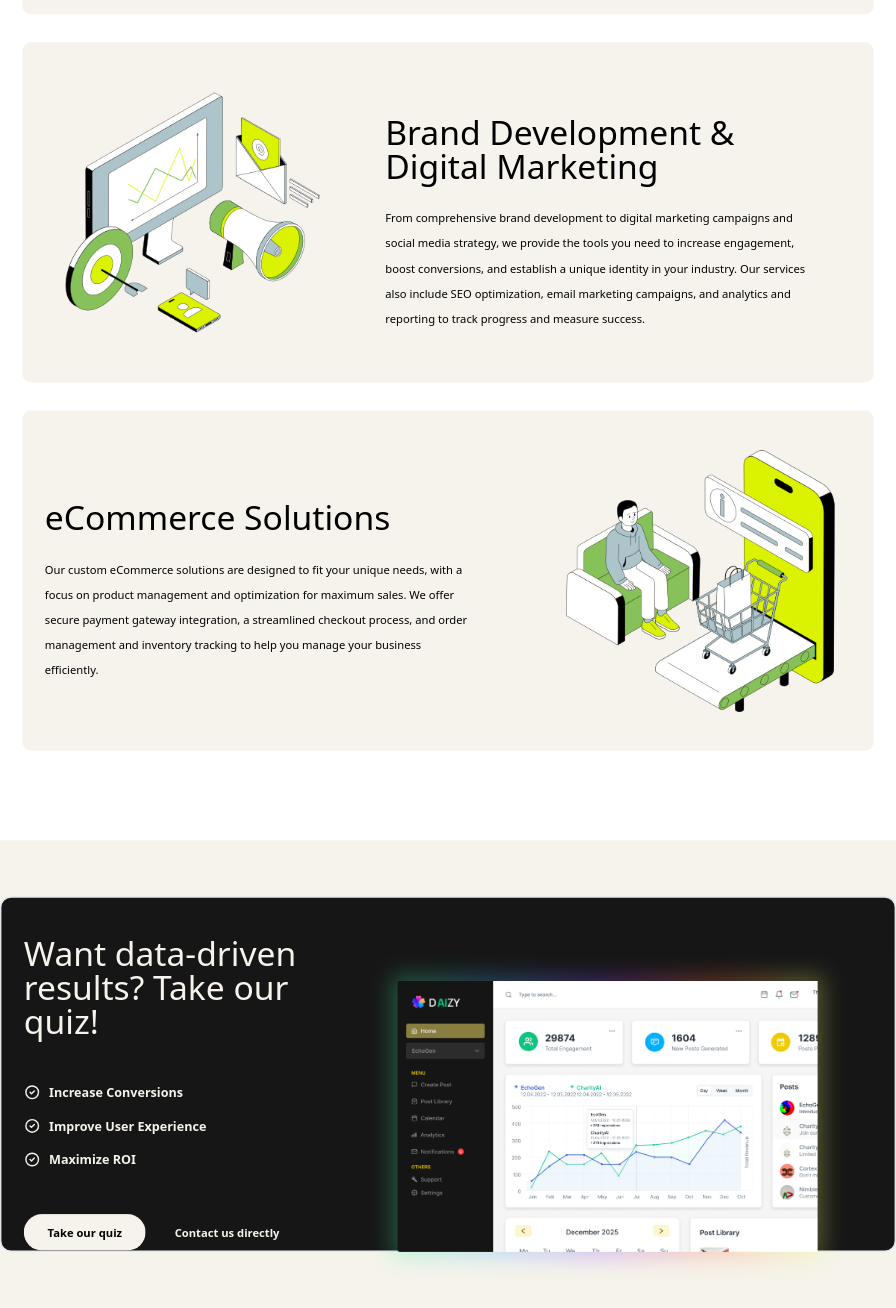
Repository: ornelasedward/mired_website
Page: /
These files come from the project's save history. The page is drawn as it stood at one moment and after the next save; the edit follows.
The browser window is 1280 px wide. The pictures show the part of the page from y = 2629 to 4549 px (the page is 4497 px tall before and 4549 px after), at 70% of full size.
The project was rebuilt for these pictures with package versions that can differ from the ones it lists, and the page was loaded fresh each time. The framework's server and built-in components were replaced by stand-ins that run in the browser. Also part of the build but not shown: next.config.js.

Above is the page before, as saved 2023-03-30 19:26:24.

### app/layout.tsx
import "./globals.css";

export const metadata = {
  title: "Mired",
  description: "Web design and development services",
};

export default function RootLayout({
  children,
}: {
  children: React.ReactNode;
}) {
  return (
    <html lang="en" className="bg-gradient-to-r from-[#F6F3EC] to-[#F5F3EB]">
      <body>{children}</body>
    </html>
  );
}

### app/page.tsx
import Header from "@/components/Header";
import Hero from "@/components/Hero";
import Services from "@/components/Services";
import CTA from "@/components/CTA";
import { Inter } from "next/font/google";
import Testimonial from "@/components/Testimonials";
import FAQ from "@/components/FAQ";
import Contact from "@/components/Contact";
import Footer from "@/components/Footer";

const inter = Inter({ subsets: ["latin"] });

export default function Home() {
  return (
    <main>
      <Hero />
      <Header />
      <Services />
      <CTA />
      {/* <Testimonial />
      <FAQ />
      <Contact />
      <Footer /> */}
    </main>
  );
}

### components/Header.tsx
export default function Header() {
  return (
    <section className="py-12 overflow-hidden sm:py-16 lg:py-20 xl:py-24">
      <div className="px-4 mx-auto max-w-7xl sm:px-6 lg:px-8">
        <div className="grid max-w-6xl grid-cols-1 mx-auto gap-y-12 lg:grid-cols-2 lg:gap-x-16 xl:gap-x-24">
          <div className="relative flex flex-col justify-between max-w-lg lg:py-12 lg:max-w-none">
            <div className="flex-1">
              <p className="text-sm font-normal tracking-widest uppercase">
                <span className="text-transparent bg-clip-text bg-gradient-to-r from-cyan-500 to-purple-500">
                  {" "}
                  Have a project in mind?{" "}
                </span>
              </p>
            </div>

            <div className="mt-6 lg:mt-auto">
              <h2 className="text-3xl font-normal text-black sm:text-4xl lg:text-5xl xl:text-6xl">
                We are dedicated to crafting websites that convert visitors into
                customers.
              </h2>
              <p className="mt-4 text-base font-normal text-black lg:max-w-xs sm:text-lg sm:mt-6">
                Sign up for a free consultation today and let our experts help
                you create a modern web design that focuses on increasing
                conversions and enhancing user experiences.
              </p>
            </div>
          </div>

          <div className="relative flex items-center justify-center">
            <div className="absolute right-1/4 transform translate-x-4 -translate-y-1/2 top-1/2 bg-gradient-to-br from-[#F7BE08] to-[#55F5A3] w-full h-full blur-2xl opacity-40" />

            <div className="relative overflow-hidden bg-white rounded-xl">
              <div className="p-6 sm:py-8 sm:px-9">
                <p className="text-xl font-normal text-black">
                  Let us know about your business & we will be in contact to
                  help you grow your business.
                </p>

                <form action="#" method="POST" className="mt-8 space-y-4">
                  <div>
                    <label for="" className="sr-only">
                      {" "}
                      Full name{" "}
                    </label>
                    <div>
                      <input
                        type="text"
                        name=""
                        id=""
                        placeholder="First & Last name"
                        className="block w-full px-5 py-4 text-base text-black placeholder-gray-500 bg-gray-200 rounded-md focus:border-black focus:ring-1 focus:ring-black"
                      />
                    </div>
                  </div>

                  <div>
                    <label for="" className="sr-only">
                      {" "}
                      Email address{" "}
                    </label>
                    <div>
                      <input
                        type="email"
                        name=""
                        id=""
                        placeholder="Email address"
                        className="block w-full px-5 py-4 text-base text-black placeholder-gray-500 bg-gray-200 rounded-md focus:border-black focus:ring-1 focus:ring-black"
                      />
                    </div>
                  </div>

                  <div>
                    <label for="" className="sr-only">
                      {" "}
                      Phone number{" "}
                    </label>
                    <div>
                      <input
                        type="tel"
                        name=""
                        id=""
                        placeholder="Phone number"
                        className="block w-full px-5 py-4 text-base text-black placeholder-gray-500 bg-gray-200 rounded-md focus:border-black focus:ring-1 focus:ring-black"
                      />
                    </div>
                  </div>

                  <div>
                    <label for="" className="sr-only">
                      {" "}
                      Message{" "}
                    </label>
                    <div>
                      <textarea
                        name=""
                        id=""
                        placeholder="Write your message"
                        rows="4"
                        className="block w-full px-5 py-4 text-base text-black placeholder-gray-500 bg-gray-200 rounded-md focus:border-black focus:ring-1 focus:ring-black"
                      ></textarea>
                    </div>
                  </div>

                  <div>
                    <div className="relative inline-flex mt-2 group">
                      <div className="absolute transition-all duration-200 rounded-[2rem] -inset-px bg-gradient-to-r from-cyan-500 to-purple-500 group-hover:shadow-lg group-hover:shadow-cyan-500/50"></div>
                      <button
                        type="button"
                        className="relative inline-flex items-center justify-center px-8 py-3 text-base font-normal text-white bg-black border border-transparent rounded-[2rem]"
                        role="button"
                      >
                        Send Message
                      </button>
                    </div>
                  </div>
                </form>
              </div>
            </div>
          </div>
        </div>
      </div>
    </section>
  );
}

### components/Services.tsx
import Image from "next/image";
import Laptop from "../images/Laptop.png";
import Ecom from "../images/Ecom.png";
import Marketing from "../images/Marketing.png";

export default function Services() {
  return (
    <div className="bg-white">
      <div className="relative px-4 mx-auto sm:px-6 lg:px-8 max-w-7xl">
        <div className="grid grid-cols-1 gap-10 lg:py-32 py-20">
          <div className="bg-gradient-to-r from-[#F6F3EC] to-[#F5F3EB] rounded-xl">
            <div className="grid md:grid-cols-5 grid-cols-1">
              <div className="col-span-3 flex items-center max-w-2xl">
                <div className="px-8 pt-8 flex flex-col lg:gap-8 gap-6 lg:max-w-2xl">
                  <h1 className="xl:text-5xl lg:text-4xl sm:text-2xl text-3xl font-normal text-black">
                    Web Design & Development
                  </h1>
                  <p className="text-md font-light lg:leading-9 md:leading-6 leading-9">
                    Our agency specializes in creating high-converting modern
                    website designs that are optimized for user experience. We
                    offer a range of services including UX research, UI
                    designing, web development, and API integrations, as well as
                    ongoing maintenance and support to ensure optimal website
                    performance on all devices.
                  </p>
                </div>
              </div>
              <div className="col-span-2">
                <Image
                  className="m-auto"
                  src={Laptop}
                  alt=""
                  width={500}
                  height={500}
                />
              </div>
            </div>
          </div>

          <div className="bg-gradient-to-r from-[#F6F3EC] to-[#F5F3EB] rounded-xl">
            <div className="grid md:grid-cols-5 grid-cols-1">
              <div className="col-span-2 md:block hidden">
                <Image
                  className="m-auto"
                  src={Marketing}
                  alt=""
                  width={500}
                  height={500}
                />
              </div>
              <div className="col-span-3 flex items-center max-w-2xl">
                <div className="px-8 pt-8 flex flex-col lg:gap-8 gap-6 lg:max-w-2xl">
                  <h1 className="xl:text-5xl lg:text-4xl sm:text-2xl text-3xl font-normal text-black">
                    Brand Development & Digital Marketing
                  </h1>
                  <p className="text-md font-light lg:leading-9 md:leading-6 leading-9">
                    From comprehensive brand development to digital marketing
                    campaigns and social media strategy, we provide the tools
                    you need to increase engagement, boost conversions, and
                    establish a unique identity in your industry. Our services
                    also include SEO optimization, email marketing campaigns,
                    and analytics and reporting to track progress and measure
                    success.
                  </p>
                </div>
              </div>
              <div className="col-span-2 md:hidden block">
                <Image
                  className="m-auto"
                  src={Marketing}
                  alt=""
                  width={500}
                  height={500}
                />
              </div>
            </div>
          </div>

          <div className="bg-gradient-to-r from-[#F6F3EC] to-[#F5F3EB] rounded-xl">
            <div className="grid md:grid-cols-5 grid-cols-1">
              <div className="col-span-3 flex items-center max-w-2xl">
                <div className="px-8 pt-8 flex flex-col lg:gap-8 gap-6 lg:max-w-2xl">
                  <h1 className="xl:text-5xl lg:text-4xl sm:text-2xl text-3xl font-normal text-black">
                    eCommerce Solutions
                  </h1>
                  <p className="text-md font-light lg:leading-9 md:leading-6 leading-9">
                    Our custom eCommerce solutions are designed to fit your
                    unique needs, with a focus on product management and
                    optimization for maximum sales. We offer secure payment
                    gateway integration, a streamlined checkout process, and
                    order management and inventory tracking to help you manage
                    your business efficiently.
                  </p>
                </div>
              </div>
              <div className="col-span-2">
                <Image
                  className="m-auto"
                  src={Ecom}
                  alt=""
                  width={500}
                  height={500}
                />
              </div>
            </div>
          </div>
        </div>
      </div>
    </div>
  );
}

### components/CTA.tsx
import Image from "next/image";
import Dashboard from "../images/dashboard.png";

export default function Component() {
  return (
    <div>
      <section className="relative py-12 overflow-hidden sm:py-16 lg:py-20">
        <div className="px-4 mx-auto max-w-7xl sm:px-6 lg:px-8 border-2 rounded-2xl bg-[#161616]">
          <div className="mt-16 absolute bottom-0 right-0 md:translate-x-28 translate-x-72 -translate-y-12 lg:hidden">
            <div className="relative">
              <div className="absolute -inset-2">
                <div
                  className="w-full h-full mx-auto opacity-30 blur-lg filter"
                  style={{
                    background:
                      "linear-gradient(90deg, #44ff9a -0.55%, #44b0ff 22.86%, #8b44ff 48.36%, #ff6644 73.33%, #ebff70 99.34%)",
                  }}
                ></div>
              </div>

              <div className="relative">
                <div className="aspect-w-16 aspect-h-12 lg:aspect-none">
                  <Image
                    className="object-cover object-left-top w-[600px] h-full lg:max-w-4xl 2xl:max-w-5xl"
                    src={Dashboard}
                    alt=""
                  />
                </div>
              </div>
            </div>
          </div>
          <div className="text-center lg:w-1/2 xl:w-2/5 lg:text-left lg:pr-8 lg:py-8 pb-32 lg:pb-0">
            <h2 className="mt-6 lg:mb-0 mb-24 font-regular text-[#F6F3EC] text-5xl font-pj">
              Want data-driven results? Take our quiz!
            </h2>

            <ul className="space-y-5 lg:mt-16">
              <li className="flex items-center text-[#F6F3EC] justify-start">
                <svg
                  className="w-6 h-6"
                  xmlns="http://www.w3.org/2000/svg"
                  fill="none"
                  viewBox="0 0 24 24"
                  stroke="currentColor"
                >
                  <path
                    stroke-linecap="round"
                    stroke-linejoin="round"
                    stroke-width="2"
                    d="M9 12l2 2 4-4m6 2a9 9 0 11-18 0 9 9 0 0118 0z"
                  />
                </svg>
                <span className="ml-3 text-lg font-bold font-pj">
                  {" "}
                  Increase Conversions
                </span>
              </li>

              <li className="flex items-center text-[#F6F3EC] justify-start">
                <svg
                  className="w-6 h-6"
                  xmlns="http://www.w3.org/2000/svg"
                  fill="none"
                  viewBox="0 0 24 24"
                  stroke="currentColor"
                >
                  <path
                    stroke-linecap="round"
                    stroke-linejoin="round"
                    stroke-width="2"
                    d="M9 12l2 2 4-4m6 2a9 9 0 11-18 0 9 9 0 0118 0z"
                  />
                </svg>
                <span className="ml-3 text-lg font-bold font-pj">
                  {" "}
                  Improve User Experience
                </span>
              </li>

              <li className="flex items-center text-[#F6F3EC] justify-start">
                <svg
                  className="w-6 h-6"
                  xmlns="http://www.w3.org/2000/svg"
                  fill="none"
                  viewBox="0 0 24 24"
                  stroke="currentColor"
                >
                  <path
                    stroke-linecap="round"
                    stroke-linejoin="round"
                    stroke-width="2"
                    d="M9 12l2 2 4-4m6 2a9 9 0 11-18 0 9 9 0 0118 0z"
                  />
                </svg>
                <span className="ml-3 text-lg font-bold font-pj">
                  {" "}
                  Maximize ROI
                </span>
              </li>
            </ul>

            <div className="flex flex-col items-center justify-start sm:flex-row mt-16 sm:space-x-5">
              <a
                href="#"
                title=""
                className="
                        relative
                        inline-flex
                        items-center
                        justify-center
                        w-48
                        px-8
                        py-3
                        text-base
                        font-bold
                        text-black
                        transition-all
                        duration-200
                        bg-[#F6F3EC]
                        border-2 border-transparent
                        sm:w-auto
                        focus:outline-none focus:ring-2 focus:ring-offset-2 focus:ring-gray-900
                        font-pj
                        hover:bg-opacity-90
                        rounded-[2rem]
                    "
                role="button"
              >
                Take our quiz
              </a>

              <a
                href="#"
                title=""
                className="
                        lg:inline-flex
                        items-center
                        justify-center
                        w-48
                        px-2
                        py-3
                        mt-5
                        text-base
                        font-bold
                        text-[#F6F3EC]
                        transition-all
                        duration-200
                        border-2 border-transparent
                        sm:w-autojustify-center sm:mt-0
                        rounded-[2rem]
                        font-pj
                        focus:outline-none focus:ring-2 focus:ring-offset-2 focus:ring-gray-900
                        focus:bg-transparent
                        hover:text-white
                        focus:text-white
                        hover:border-white
                        focus:border-gray-900
                        hidden
                    "
                role="button"
              >
                Contact us directly
              </a>
            </div>
          </div>
        </div>

        <div className="mt-16 translate-x-12 lg:absolute lg:bottom-0 lg:right-0 lg:-translate-y-20 lg:-translate-x-38 xl:-translate-x-28 hidden lg:block">
          <div className="relative">
            <div className="absolute -inset-2">
              <div
                className="w-full h-full mx-auto opacity-30 blur-lg filter"
                style={{
                  background:
                    "linear-gradient(90deg, #44ff9a -0.55%, #44b0ff 22.86%, #8b44ff 48.36%, #ff6644 73.33%, #ebff70 99.34%)",
                }}
              ></div>
            </div>

            <div className="relative">
              <div className="aspect-w-16 aspect-h-12 lg:aspect-none">
                <Image
                  className="object-cover object-left-top w-[600px] h-full lg:max-w-4xl 2xl:max-w-5xl"
                  src={Dashboard}
                  alt=""
                />
              </div>
            </div>
          </div>
        </div>
      </section>
    </div>
  );
}

Loaded but not shown: app/globals.css (common file); tailwind.config.js (common file); components/Hero.tsx (254 lines, source omitted)

After the next save:
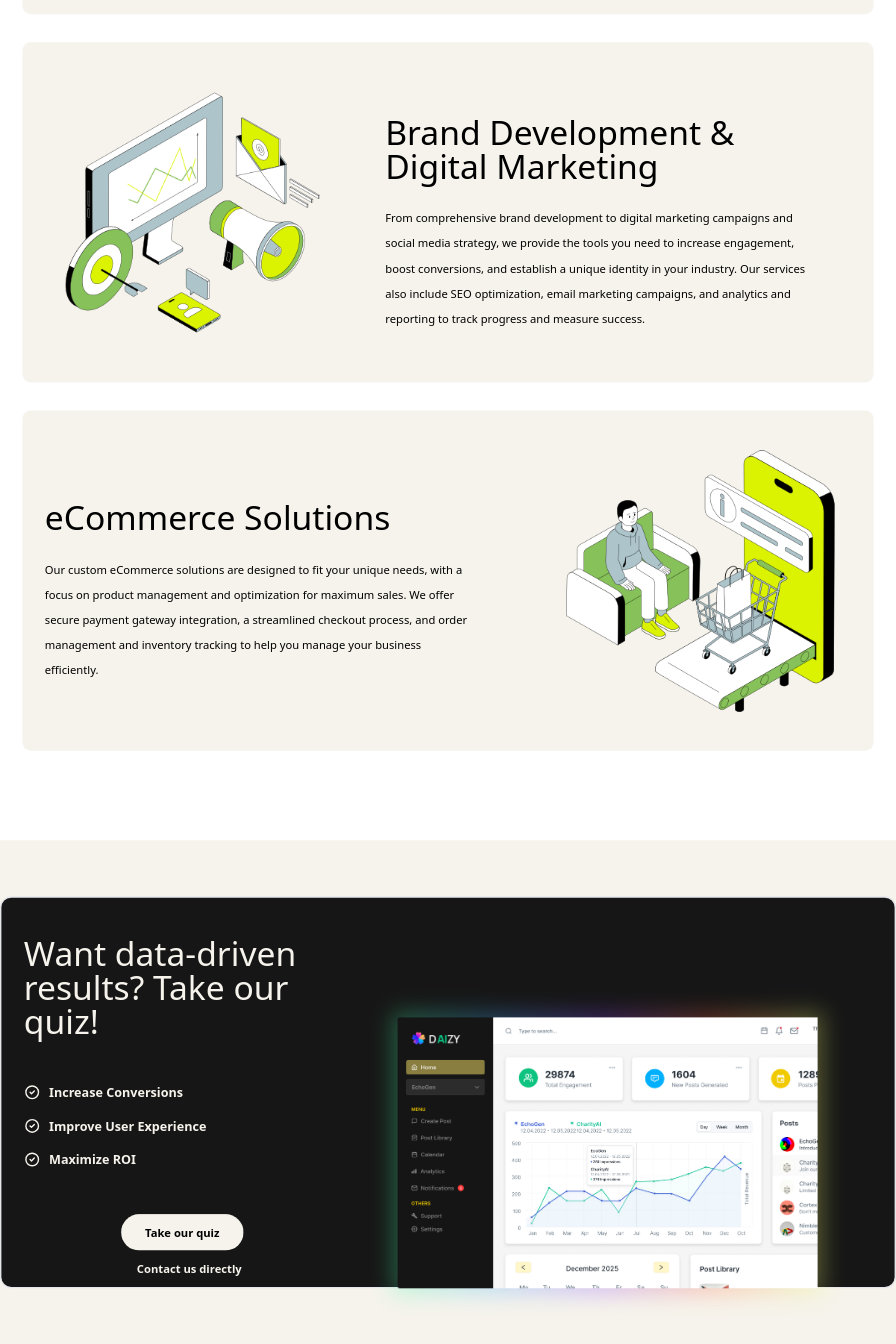
Saved 31 s later.
--- a/components/CTA.tsx
+++ b/components/CTA.tsx
@@ -99,7 +99,7 @@
               </li>
             </ul>
 
-            <div className="flex flex-col items-center justify-start sm:flex-row mt-16 sm:space-x-5">
+            <div className="flex flex-col items-center justify-start flex-row mt-16 sm:space-x-5">
               <a
                 href="#"
                 title=""

After the save that followed:
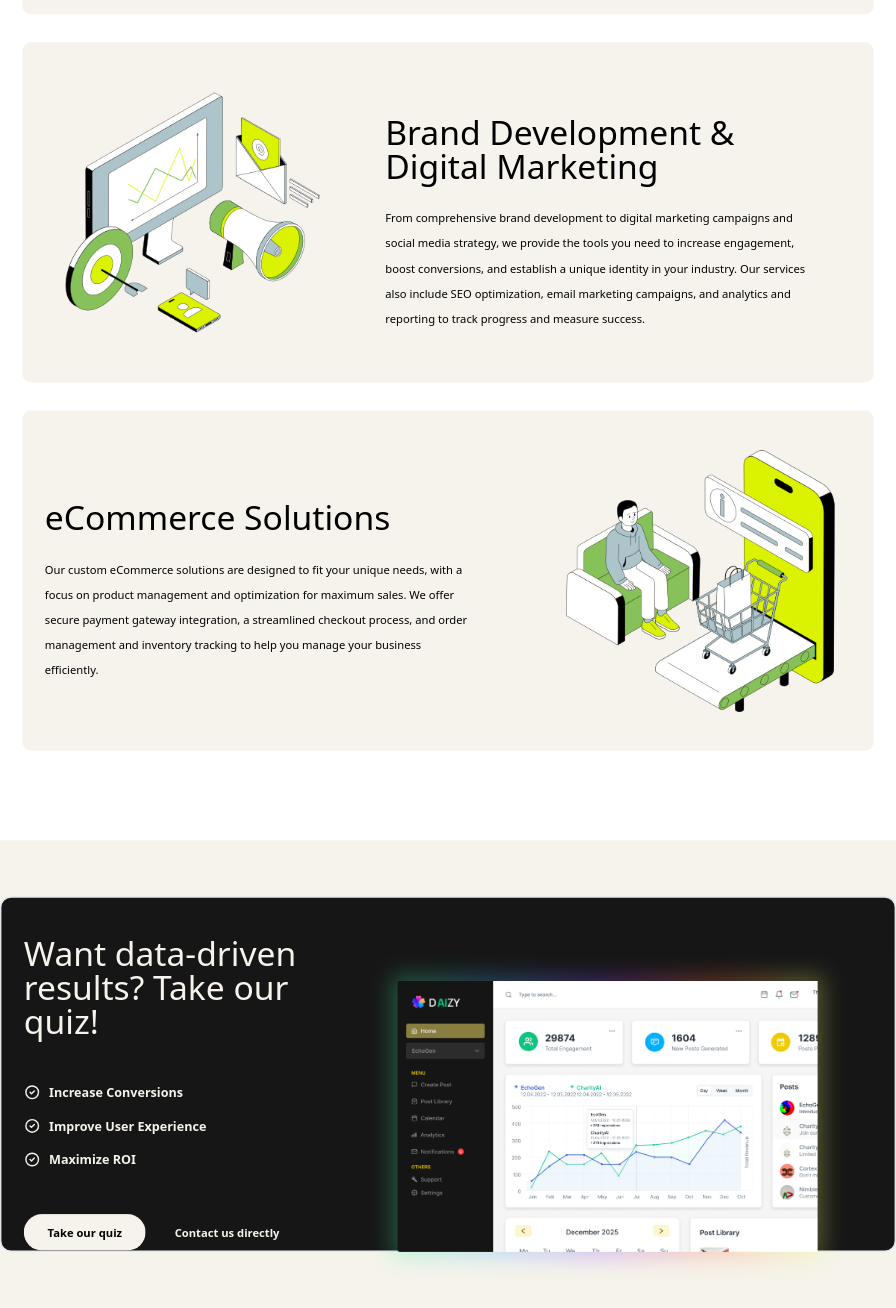
Saved 4 s later.
--- a/components/CTA.tsx
+++ b/components/CTA.tsx
@@ -99,7 +99,7 @@
               </li>
             </ul>
 
-            <div className="flex flex-col items-center justify-start flex-row mt-16 sm:space-x-5">
+            <div className="flex items-center justify-start flex-row mt-16 sm:space-x-5">
               <a
                 href="#"
                 title=""
